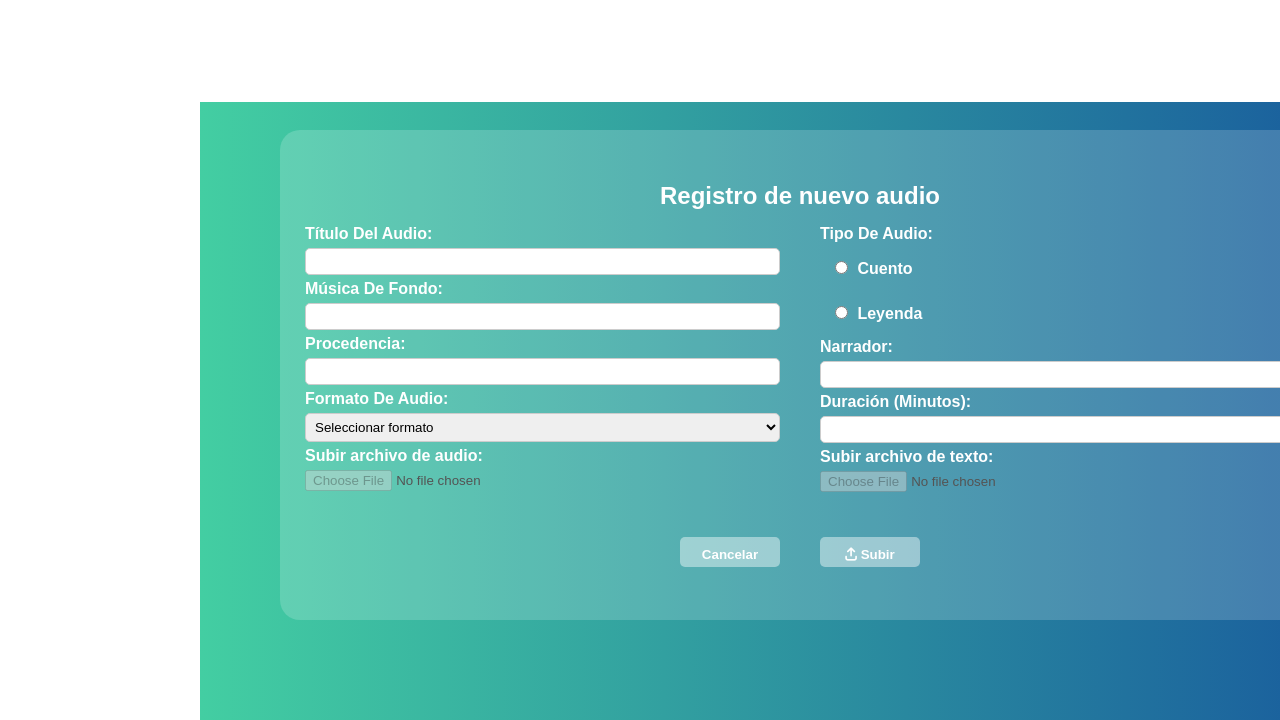
Repository: QubitDev/LaVozDeMiTierra
Page: src/app/pages/html/registro.html
An editor plug-in stored every save of this project. The page is shown before and after the next save, followed by the edit.
The browser window is 1280 px wide. The pictures show the whole page.
Empty fields were first filled with sample values (such as "Sample", 5 or name@example.com).
After loading, the first visible `#submitButton` was clicked once.
Some web libraries are served in a nearby version.

Above is the page before, as saved 2023-10-07 13:53:23.

After the next save:
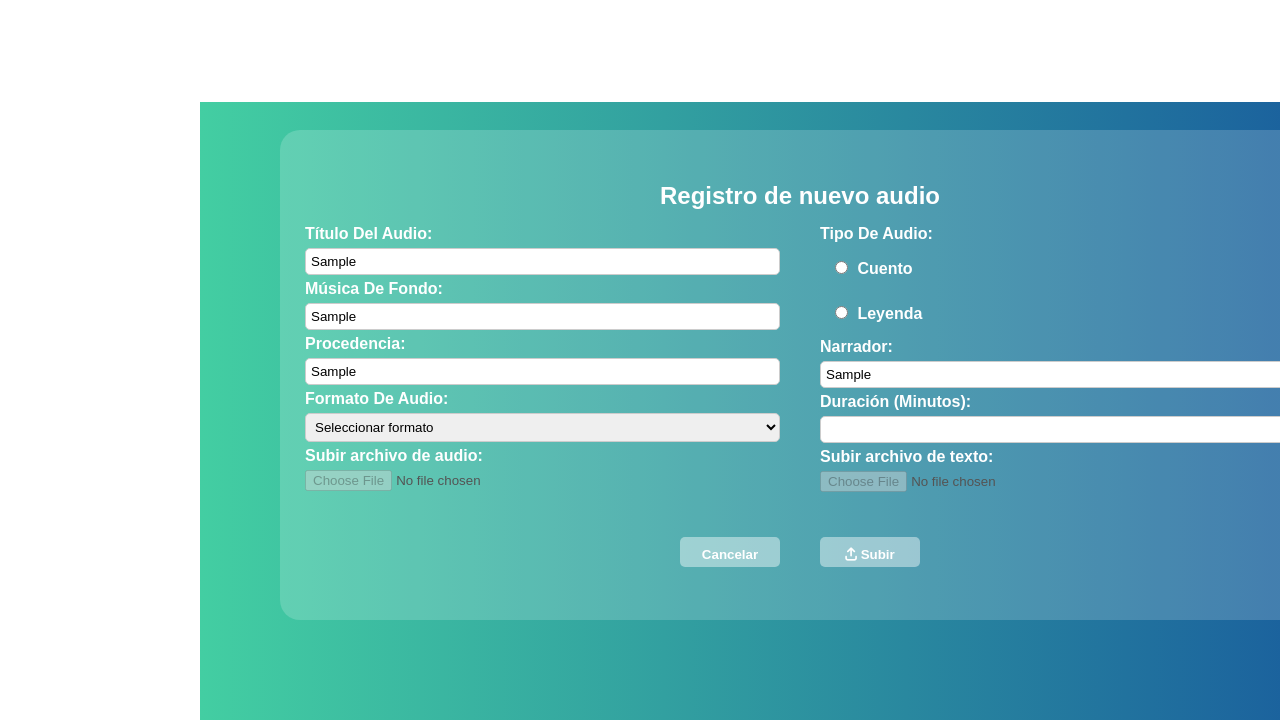
Console error: ReferenceError: tipoAudioSeleccionado is not defined
Saved 4 min 36 s later.
--- a/src/app/pages/js/registro.js
+++ b/src/app/pages/js/registro.js
@@ -39,6 +39,11 @@ function onSubmit(event) {
   const formData = new FormData();
   formData.append("audio", audio);
   formData.append("text", text);
+
+  if (!titulo || !musica || !procedencia || !formato || !narrador || !tipoAudioSeleccionado || !audio || !text) {
+    alert("Por favor, complete todos los campos y seleccione los archivos antes de enviar el formulario.");
+    return; // Detiene la ejecución si falta algún campo o archivo
+  }
 
   //   // Envía los archivos al servidor utilizando fetch
   //   fetch("/guardar-archivos", {
